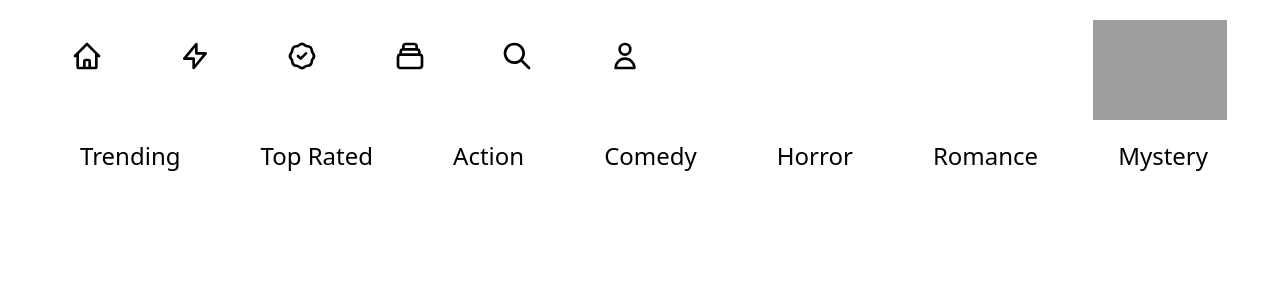
Repository: jafredk/hulu-2
Page: /
An editor plug-in stored every save of this project. The page is shown before and after the next save, followed by the edit.
The browser window is 1280 px wide. The pictures show the whole page.
Pictures or frames that could not be fetched are drawn as grey boxes. The project was rebuilt for these pictures with package versions that can differ from the ones it lists, and the page was loaded fresh each time. The framework's server and built-in components were replaced by stand-ins that run in the browser. Also part of the build but not shown: next.config.js.

Above is the page before, as saved 2021-11-02 12:10:22.

### pages/index.js
import Head from 'next/head'
import Image from 'next/image'
import Header from '../components/Header'
import Nav from '../components/Nav'


export default function Home() {
  return (
    <div>
      <Head>
        <title>HULU</title>
        <meta name="description" content="Generated by create next app" />
        <link rel="icon" href="/favicon.ico" />
      </Head>



      {/* Header */}
      <Header />



      {/* Nav */}
      <Nav />



      {/* Results */}
    </div>
  )
}

### components/Header.js
import {
    BadgeCheckIcon,
    CollectionIcon,
    HomeIcon,
    LightningBoltIcon,
    SearchIcon,
    UserIcon,
} from "@heroicons/react/outline";

import Image from 'next/image'
import HeaderItem from './HeaderItem';

function Header() {
    return (
        <header className="flex flex-col sm:flex-row m-5 justify-between items-center h-auto">
            <div className="flex flex-grow justify-evenly max-w-2xl">
                <HeaderItem title='HOME' Icon={HomeIcon} />
                <HeaderItem title='TRENDING' Icon={LightningBoltIcon} />
                <HeaderItem title='VERIFIED' Icon={BadgeCheckIcon} />
                <HeaderItem title='COLLECTIONS' Icon={CollectionIcon} />
                <HeaderItem title='SEARCH' Icon={SearchIcon} />
                <HeaderItem title='ACCOUNT' Icon={UserIcon} />
            </div>


            <Image className="object-contain bg " src="https://links.papareact.com/ua6" width={200} height={100} />
        </header>
    );
}

export default Header;

### components/Nav.js
import requests from "../utils/requests";

function Nav() {
    return (
        <nav>
            <div className="flex px-7 flex-row space-x-5 sm:space-x-20 overflow-scroll sm:px-20 text-2xl whitespace-nowrap scrollbar-hide">
                {Object.entries(requests).map(([key, { title, url }]) => (
                    <h2 key={key} className=" last:pr-24 cursor-pointer transition duration-100 transform hover:scale-125 hover:text-white active:text-red-500 " >{title}</h2>
                ))}



                </div>

        </nav>
    );
}

export default Nav;

### components/HeaderItem.js
function HeaderItem({ Icon, title }) {
    return (
        <div className=" flex flex-col items-center cursor-pointer group w-12 sm:w-20 hover:text-white ">
            <Icon className="h-8 mb-1 group-hover:animate-bounce " />
            <p className=" opacity-0 group-hover:opacity-100  tracking-widest">{title}</p>
        </div>
    );
}

export default HeaderItem;

### utils/requests.js
const API_KEY = process.env.API_KEY;

export default {
    fetchTrending: {
        title: "Trending",
        url: `/trending/all/week?api_key=${API_KEY}&language=en-US`,
    },

    fetchTopRated: {
        title: "Top Rated",
        url: `/movie/top_rated?api_key=${API_KEY}&language=en-US`,
    },


    fetchActionMovies: {
        title: "Action",
        url: `/discover/movie?api_key=${API_KEY}&with_genres=28`,
    },

    fetchComedyMovies: {
        title: "Comedy",
        url: `/discover/movie?api_key=${API_KEY}&with_genres=35`,
    },

    fetchHorrorMovies: {
        title: "Horror",
        url: `/discover/movie?api_key=${API_KEY}&with_genres=27`,
    },

    fetchRomanceMovies: {
        title: "Romance",
        url: `/discover/movie?api_key=${API_KEY}&with_genres=10749`,
    },

    fetchMystery: {
        title: "Mystery",
        url: `/discover/movie?api_key=${API_KEY}&with_genres=9648`,
    },

    fetchSciFi: {
        title: "Sci-Fi",
        url: `/discover/movie?api_key=${API_KEY}&with_genres=878`,
    },

    fetchWestern: {
        title: "Western",
        url: `/discover/movie?api_key=${API_KEY}&with_genres=37`,
    },

    fetchAnimation: {
        title: "Animation",
        url: `/discover/movie?api_key=${API_KEY}&with_genres=16`,
    },


    fetchTV: {
        title: "TV Movie",
        url: `/discover/movie?api_key=${API_KEY}&with_genres=10770`,
    },
}

Loaded but not shown: pages/_app.js (common file); styles/globals.css (common file)

After the next save:
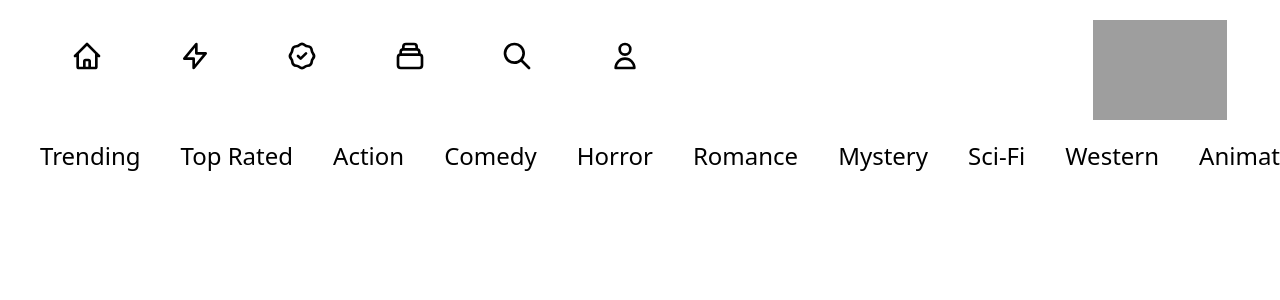
Saved 32 s later.
--- a/components/Nav.js
+++ b/components/Nav.js
@@ -3,7 +3,7 @@ import requests from "../utils/requests";
 function Nav() {
     return (
         <nav>
-            <div className="flex px-7 flex-row space-x-5 sm:space-x-20 overflow-scroll sm:px-20 text-2xl whitespace-nowrap scrollbar-hide">
+            <div className="flex px-7 flex-row space-x-5 sm:space-x-10 overflow-scroll sm:px-10 text-2xl whitespace-nowrap scrollbar-hide">
                 {Object.entries(requests).map(([key, { title, url }]) => (
                     <h2 key={key} className=" last:pr-24 cursor-pointer transition duration-100 transform hover:scale-125 hover:text-white active:text-red-500 " >{title}</h2>
                 ))}
